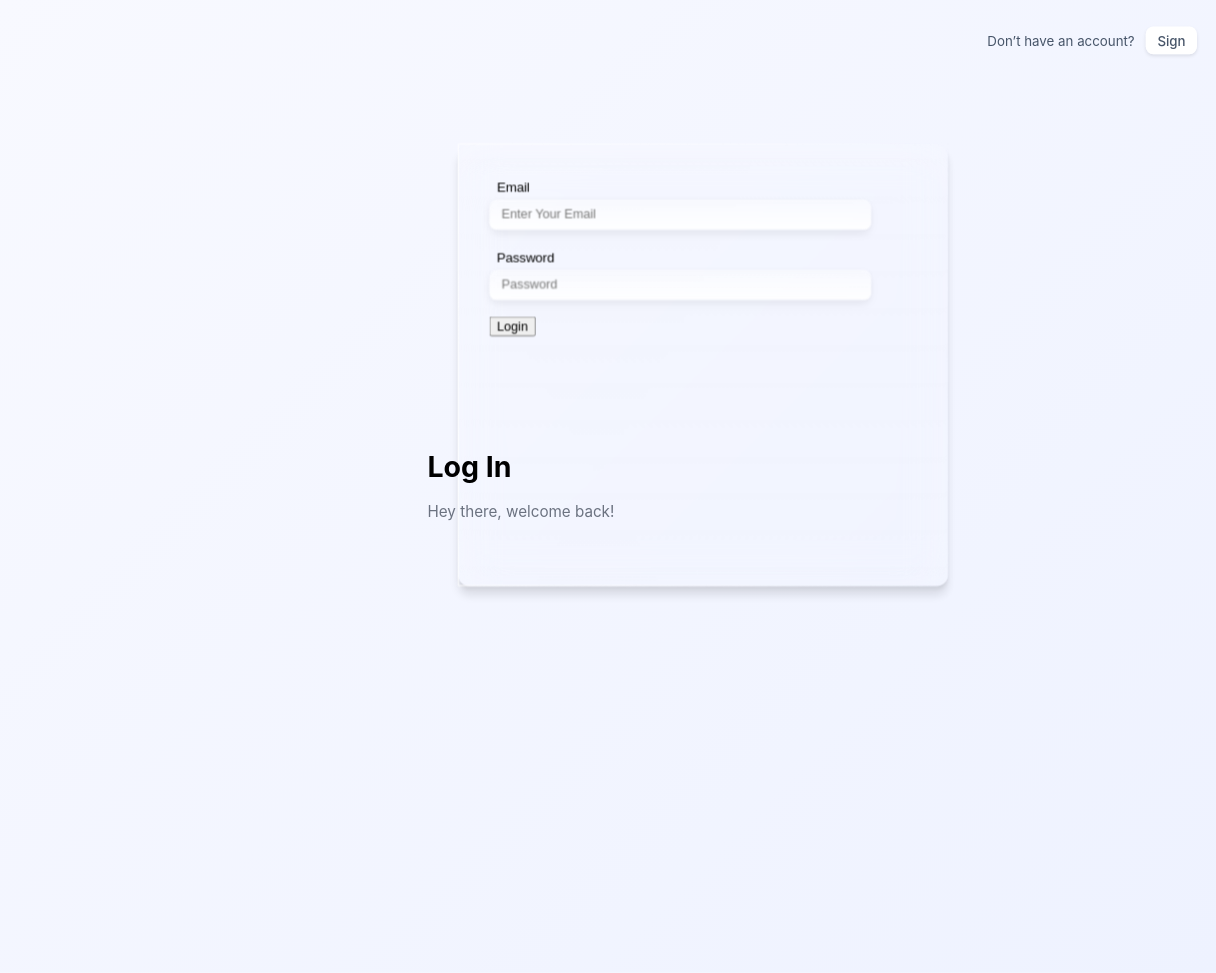
Repository: AfifaNoor/Admin_Panel-React-
Page: /
An editor plug-in stored every save of this project. The page is shown before and after the next save, followed by the edit.
The browser window is 1280 px wide. The pictures show the whole page, at 95% of full size.
The project was rebuilt for these pictures with package versions that can differ from the ones it lists, and the page was loaded fresh each time. Also part of the build but not shown: src/SignUp.jsx.

Above is the page before, as saved 2025-07-10 16:34:28.

### src/App.js
import React from 'react'
import LoginPage from './LoginPage'
import { RouterProvider } from 'react-router-dom'
import Router from './Router'

const App = () => {
  return (
    <>
      {/* <RouterProvider router={Router}/> */}
      <LoginPage/>
    </>


  )
}

export default App

### src/LoginPage.jsx
import React, { useState } from 'react'
// import {Navigate, useNavigate} from 'react-router-dom';
import "./LoginPage.css"
import { ToastContainer, toast } from 'react-toastify';
import 'react-toastify/dist/ReactToastify.css';

const LoginPage = () => {
    const[email , setEmail]=useState('')
    const [password , setPassword] = useState('')
    // const navigate= useNavigate();

const handleSubmit =(e)=>{
    e.preventDefault();

 const hardcoreMail="login@gmail.com";
 const hardcorePassword = '1234567'

    if (email=== hardcoreMail && password === hardcorePassword){
        alert("Login Successfull")

    }else{
        alert("Invalid Credential")
    }

}



  return (
 <div className="login-container">

      <div className="signup-redirect">
        <p>
          Don’t have an account?{' '}
          {/* <span className="signup-link" onClick={() => navigate('/sign-up')}> */}
            {/* Sign Up */}
          {/* </span> */}
          <span className="signup-link" >
            Sign
          </span>
        </p>
      </div>

      <div className="title">
        <h1>Log In</h1>
        <p>Hey there, welcome back!</p>
      </div>

    <div>



    </div>

      <form className="login-form" onSubmit={handleSubmit}>
      <label className='form-label'>Email</label>
        <input
          type="email"
          className="form-input"
          value={email}
          placeholder="Enter Your Email"
          onChange={(e) => setEmail(e.target.value)}
          required
        />

        <label className='form-label'>Password</label>
        <input
          type="password"
          className="form-input"
          placeholder="Password"
          value={password}
          onChange={(e) => setPassword(e.target.value)}
          required
        />

        <button className="login-btn" type="submit">
          Login
        </button>

        {/* <ToastContainer /> */}
      </form>
    </div>
  );
}

export default LoginPage

### src/Router.jsx
import React from 'react';
import { createBrowserRouter , createRoutesFromElements , Route } from 'react-router-dom';
import LoginPage from './LoginPage';
import SignUp from './SignUp';

const Router = createBrowserRouter(
  createRoutesFromElements(
    <>

      <Route path='/sign-up' element={<SignUp/>}/>
      <Route path='login-page' element={<LoginPage/>}/>
    </>
  )
)

export default Router;

### src/LoginPage.css
.login-container {
  width: 100%;
  height: 1024px;
  /* background: #FFFFFF; */
  opacity: 1;
  transform: rotate(0deg);
  display: flex;
  justify-content: center;
  align-items: center;
  background: linear-gradient(135deg, #f8f9ff, #eef2ff);
  flex-direction: column;
  /* font-family: 'Inter','sans-serif'; */
  position: relative;


}
.signup-redirect {
  position: absolute;
  top: 20px;
  right: 20px;
  font-size: 14px;
  color: #475569;
}

.signup-link {
  background: #ffffff;
  border-radius: 8px;
  padding: 6px 12px;
  margin-left: 8px;
  box-shadow: 0 2px 4px rgba(0,0,0,0.1);
  cursor: pointer;
  font-weight: 500;
  transition: all 0.3s ease;
}

.signup-link:hover {
  background: #f0f0f0;
}


.title{
  z-index: 3;
  width: 380px;
  height: 72px;
  opacity: 1;
  gap: 10px;
  padding: 10px;
  margin-bottom: 50px;

}
.login-wrapper {
  width: 100%;
  max-width: 400px;
  margin: 50px auto;  /* centers it vertically and horizontally */
  padding: 30px;
  background-color: #fff;
  border-radius: 12px;
  box-shadow: 0 4px 12px rgba(0, 0, 0, 0.1);
  text-align: center;  /* centers the text in the title */
}

.title h1 {
width: 380px;
height: 40px;
font-family: 'Inter', sans-serif;
font-weight: 600px;
font-size: 30px;
line-height: 40px;
letter-spacing: -1%;
margin-bottom: 8px;
}

.title p{
  font-size: 16px;
  font-style: Inter;
  font-weight: 400px;
  font-style:normal;
  line-height: 22px;
  letter-spacing: -1%;
  color: rgba(107, 114, 128, 1);
  margin-bottom: 24px;

}

.login-form{
  width: 450px;
  height: 400px;
  position: absolute;
  top: 150.5px;
  left: 482px;
  border-radius: 12px;
  padding: 32px;
  gap: 10px;
  opacity: 1;
  flex-direction: column;

  z-index: 2;

  background: linear-gradient(180deg, rgba(255, 255, 255, 0) -9.58%, rgba(255, 255, 255, 0.052) 100%);
  border: 1px solid transparent;
  border-image-source: linear-gradient(93.78deg, #FFFFFF 8.04%, rgba(255, 255, 255, 0) 100%);
  border-image-slice: 1;


-webkit-backdrop-filter: blur(20px);
backdrop-filter: blur(20px);

box-shadow:
  0px 10px 10px 0px rgba(0, 0, 0, 0.10),
  0px 4px 4px 0px rgba(0, 0, 0, 0.05),
  0px 1px 0px 0px rgba(0, 0, 0, 0.05),
  inset 0px 20px 50px 0px rgba(255, 255, 255, 0.15);

}

.form-label{
width: 380px;
height: 22px;
transform: rotate(0deg);
opacity: 1;
gap: 12px;
text-align: left;

font-family: 'Intern',sans-serif;
font-weight: 500px;
font-size: 14px;
line-height: 22px;
letter-spacing: -0.01em;

color:black;


border: none;
border-radius: 6px;
padding: 2px 8px;
cursor: pointer;
display: inline-flex;
/* align-items: left; */
justify-content: left;

}

.form-input{

 width: 380px;
  height: 20px;
  min-width: 140px;
  max-width: 500px;
  transform: rotate(0deg);
  opacity: 1;
  border-radius: 8px;
  border-width: 1px;
  padding: 5px 8px 5px 12px;
  gap: 8px;
  margin-bottom: 16px;

  background: linear-gradient(0deg, rgba(255, 255, 255, 0.9) 0%, rgba(255, 255, 255, 0.4) 100%);
  border: 1px solid transparent; /* fallback for border-image */

  border-image:
    linear-gradient(0deg, rgba(255, 255, 255, 0.1), rgba(255, 255, 255, 0.1)),
    linear-gradient(360deg, rgba(255, 255, 255, 0.5) 0%, rgba(255, 255, 255, 0) 100%);
  border-image-slice: 1;


  -webkit-backdrop-filter: blur(20px);
  backdrop-filter: blur(20px);
  box-shadow: 0 4px 10px rgba(0,0,0,0.08);
  cursor: pointer;
}

Loaded but not shown: public/index.html (common file); src/index.js (common file); src/index.css (common file); src/reportWebVitals.js (common file)

After the next save:
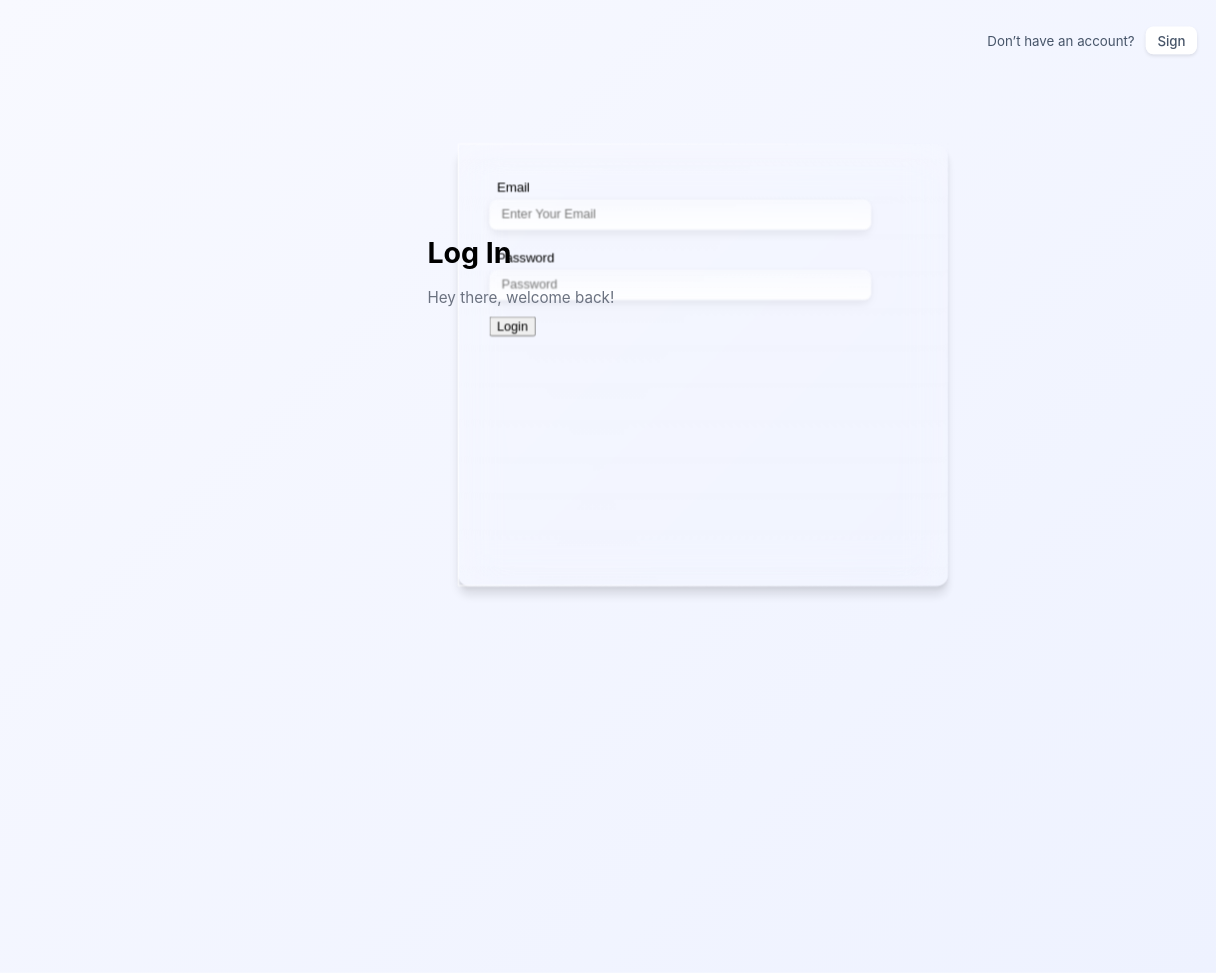
Saved 8 s later.
--- a/src/LoginPage.css
+++ b/src/LoginPage.css
@@ -45,7 +45,7 @@
   opacity: 1;
   gap: 10px;
   padding: 10px;
-  margin-bottom: 50px;
+  margin-bottom: 500px;
 
 }
 .login-wrapper {
